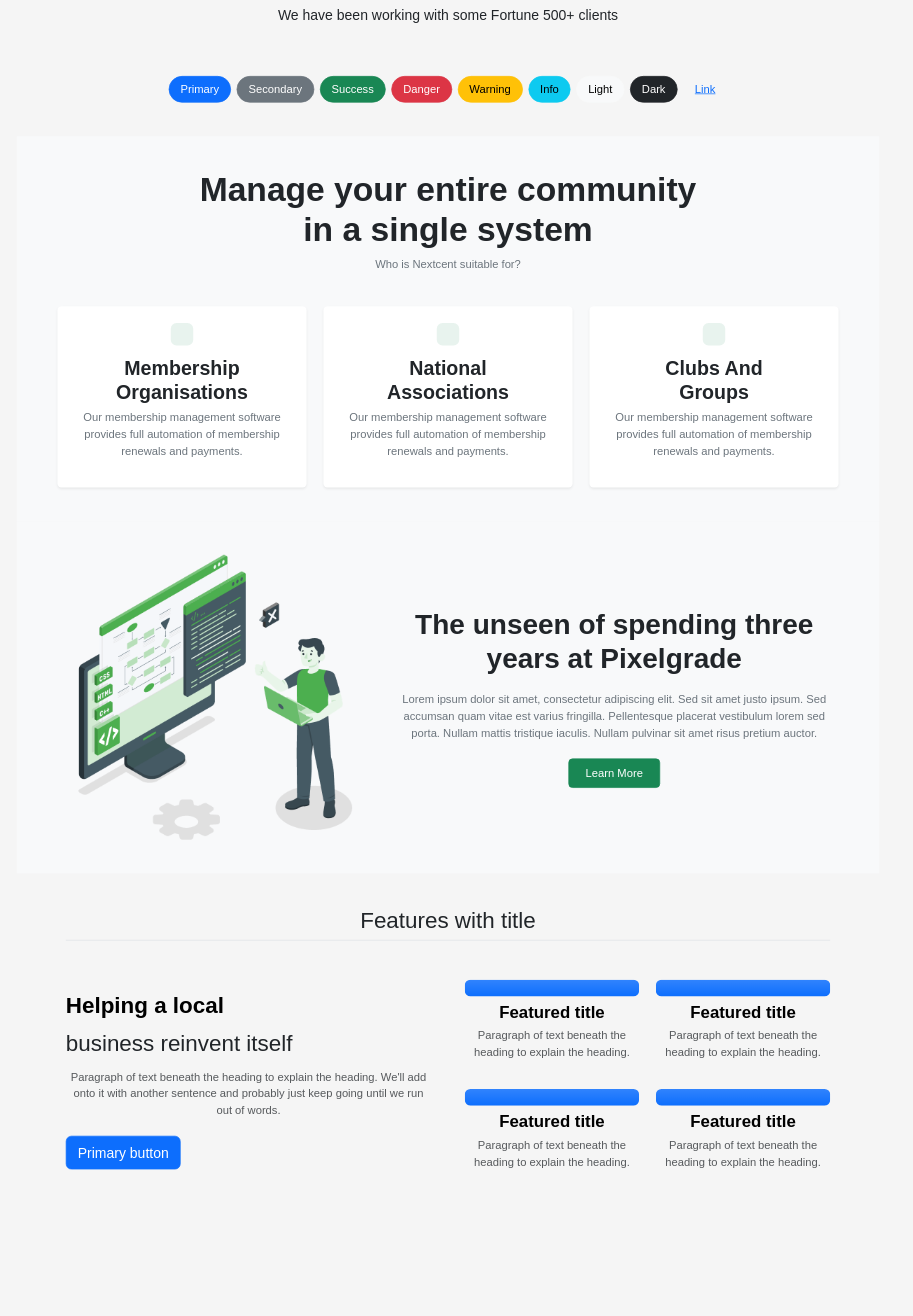
Repository: Laibaaa10/Bootstrap1
Page: index.html
An editor plug-in stored every save of this project. The page is shown before and after the next save, followed by the edit.
The browser window is 1280 px wide. The page is 1304 px wide, so the pictures cover 1304 px, including what lies to the right of the window. The pictures show the part of the page from y = 972 to 2852 px (the page is 2852 px tall), at 70% of full size.

Above is the page before, as saved 2026-06-18 07:40:39.

After the next save:
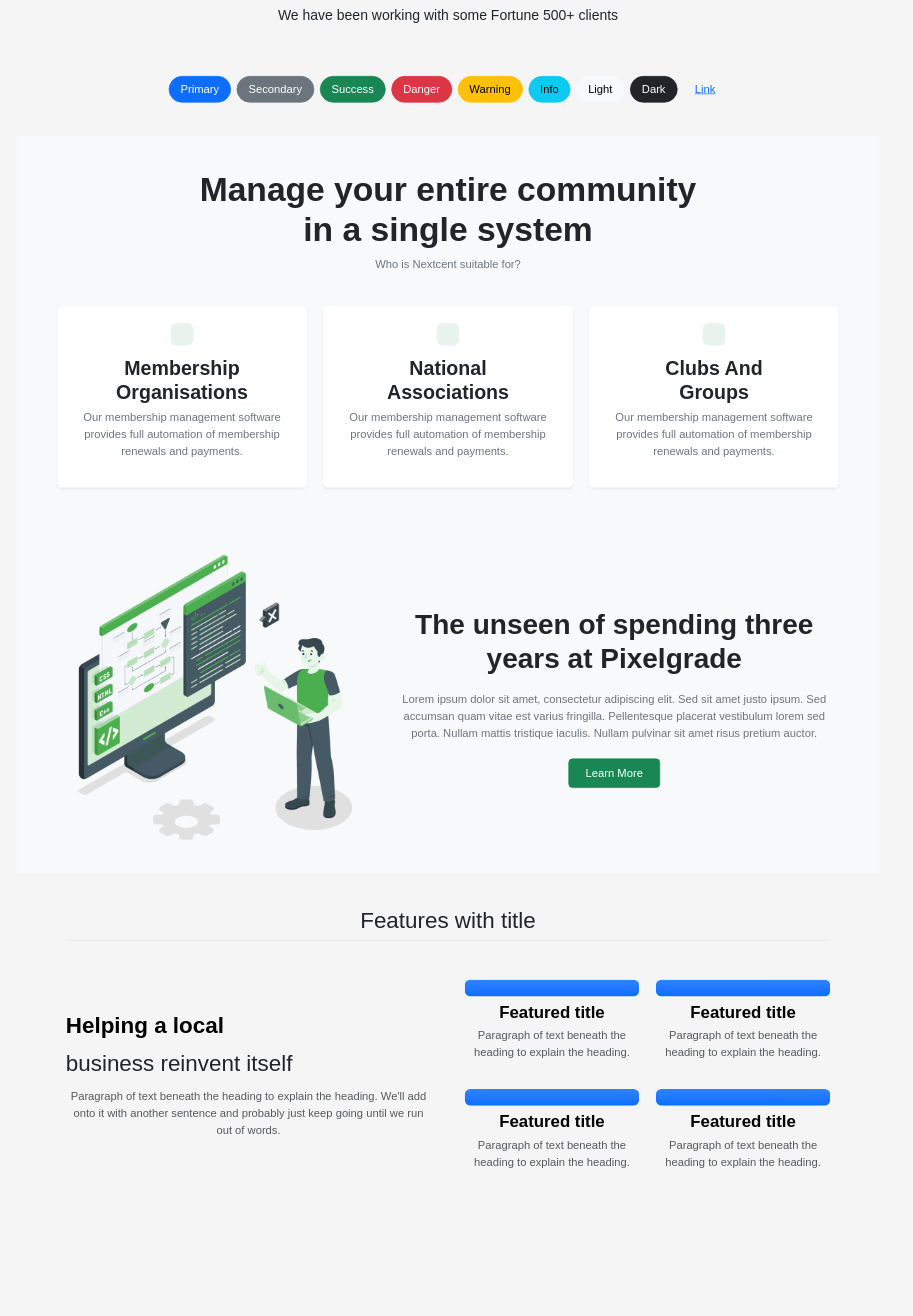
Saved 19 s later.
--- a/index.html
+++ b/index.html
@@ -196,7 +196,6 @@
              <h2 class="fw-bold text-body-emphasis">Helping a local </h2>
              <h2>business reinvent itself</h2>
               <p class="text-body-secondary">Paragraph of text beneath the heading to explain the heading. We'll add onto it with another sentence and probably just keep going until we run out of words.</p>
-               <a href="#" class="btn btn-primary btn-lg">Primary button</a>
              </div>
               <div class="col"> <div class="row row-cols-1 row-cols-sm-2 g-4">
                 <div class="col d-flex flex-column gap-2">
